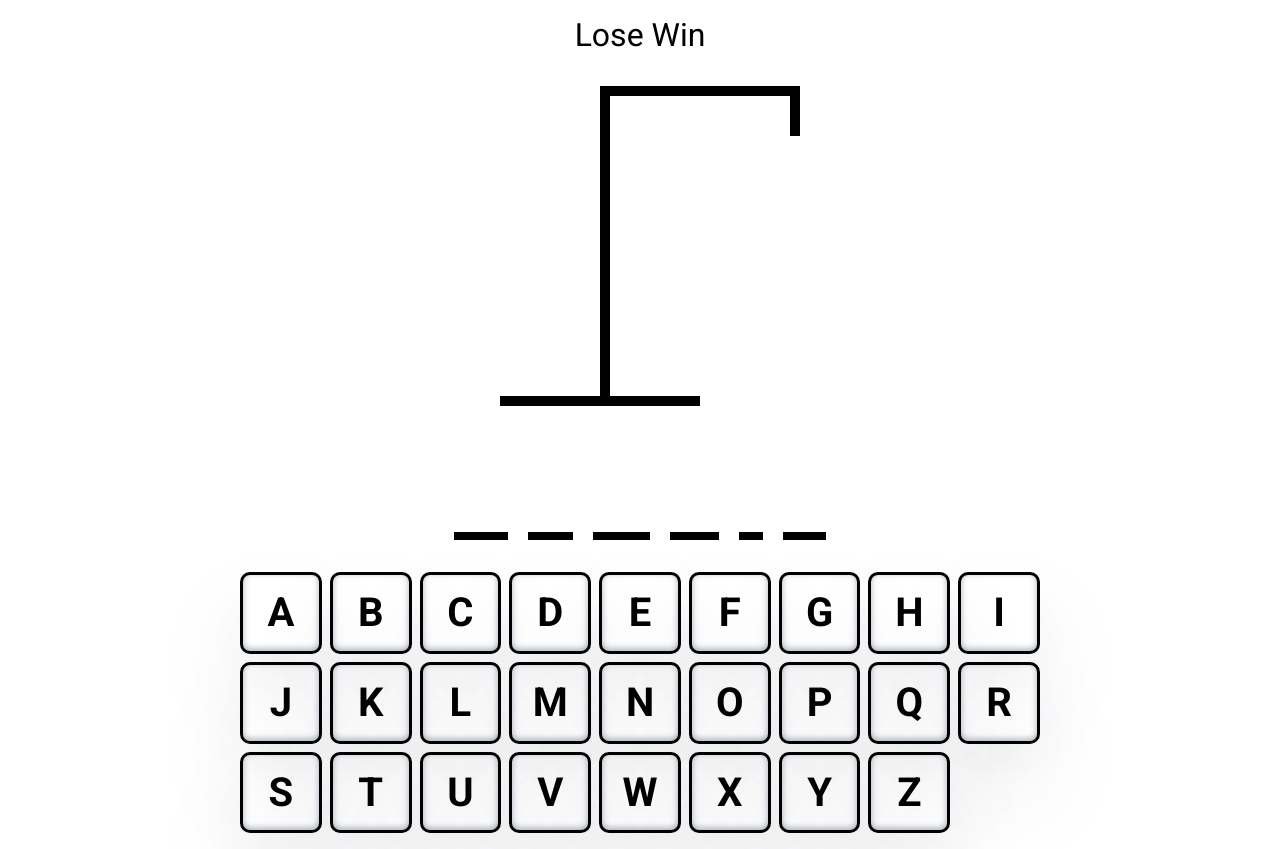
Repository: guilhermecardoso93/jogodaforca
Page: /
These files come from the project's save history. The page is drawn as it stood at one moment and after the next save; the edit follows.
The browser window is 1280 px wide. The pictures show the whole page.
The project was rebuilt for these pictures with package versions that can differ from the ones it lists, and the page was loaded fresh each time. Also part of the build but not shown: vite.config.ts.

Above is the page before, as saved 2022-12-06 22:15:05.

After the next save:
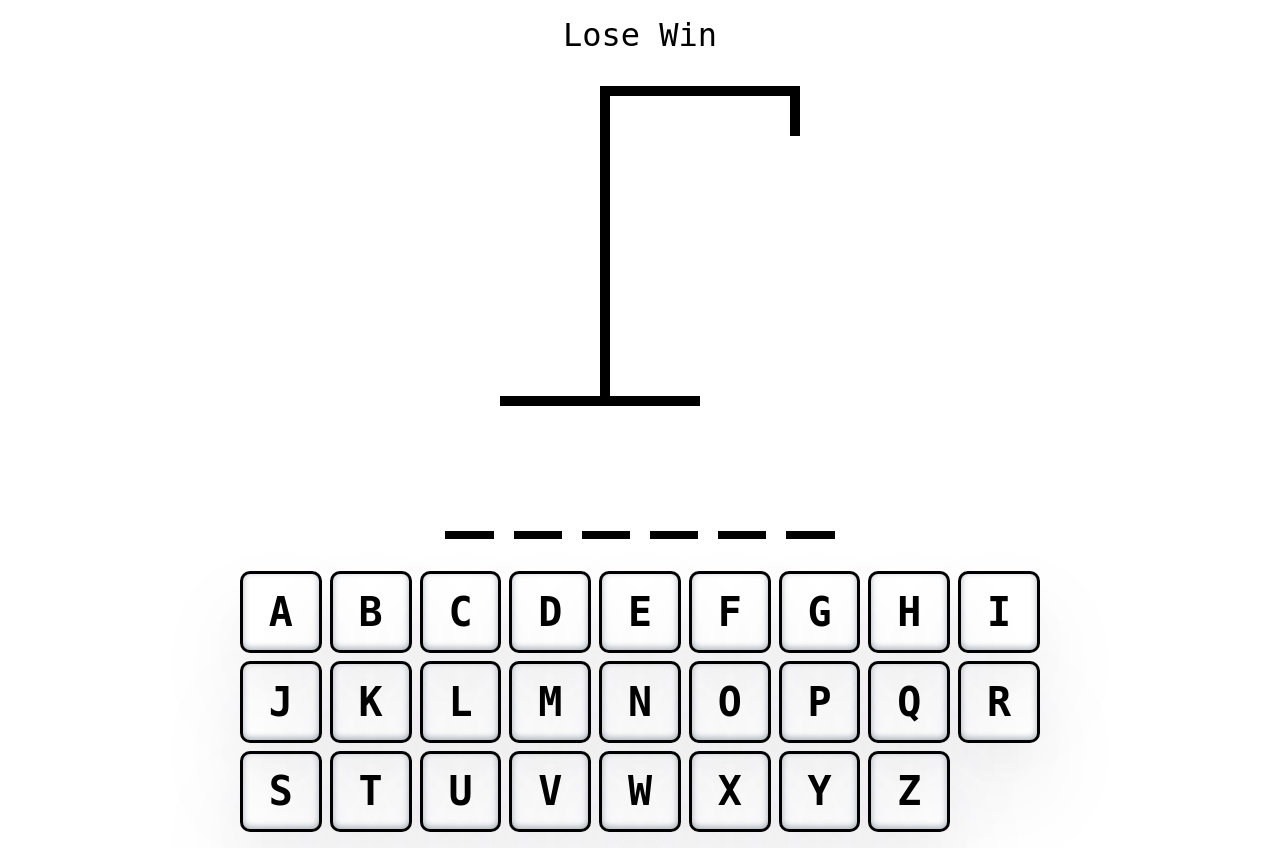
Saved 24 s later.
--- a/src/App.css
+++ b/src/App.css
@@ -2,7 +2,7 @@
   margin: 0;
   passing: 0;
   box-sizing: border-box;
-  font-family: "Roboto", sans-serif;
+  font-family: "monospace", sans-serif;
 }
 
 body {
